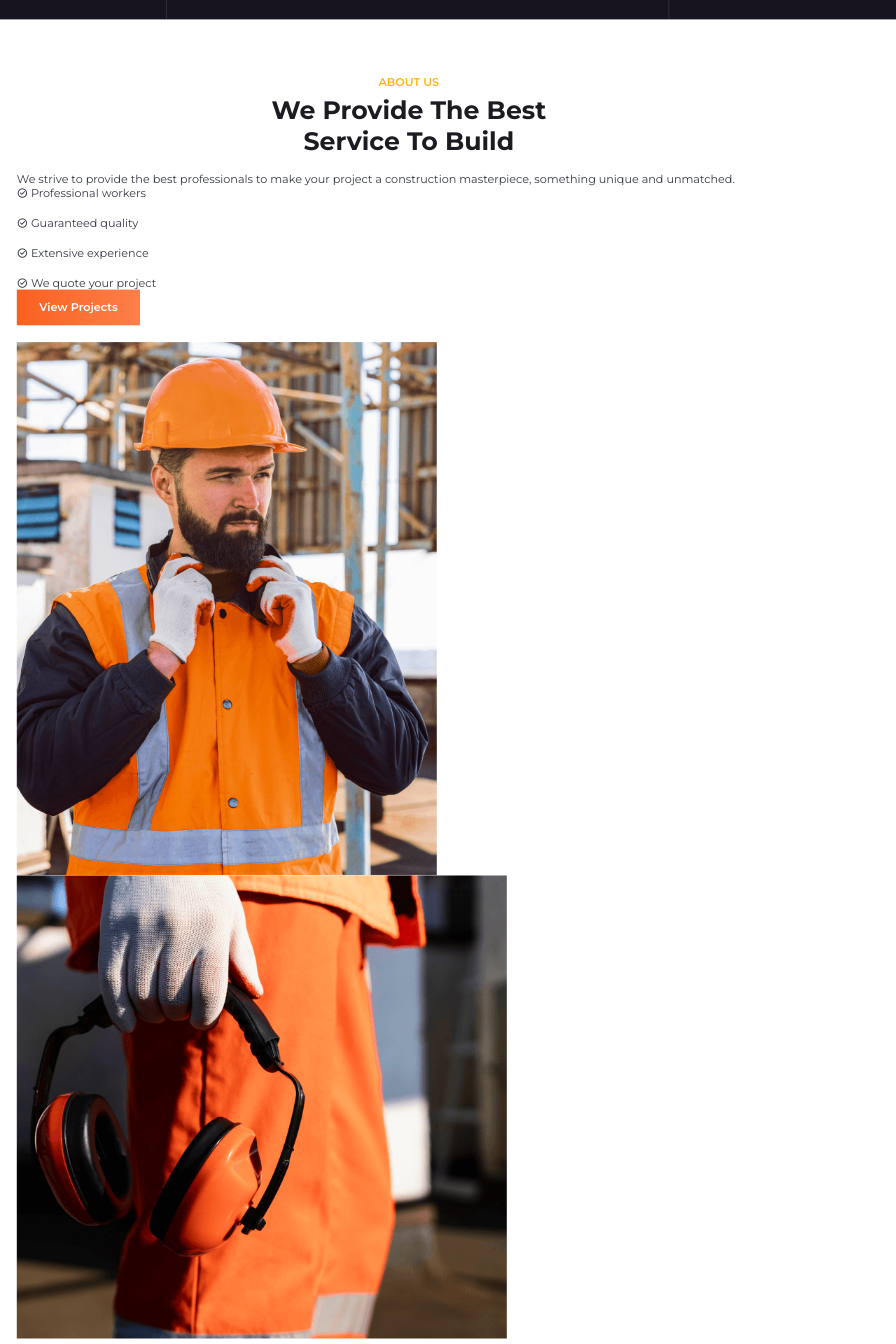
Repository: douglasabnovato/construction
Page: index.html
An editor plug-in stored every save of this project. The page is shown before and after the next save, followed by the edit.
The browser window is 1280 px wide. The pictures show the part of the page from y = 1794 to 3714 px (the page is 4011 px tall before and 4147 px after), at 70% of full size.

Above is the page before, as saved 2025-05-01 12:03:38.

After the next save:
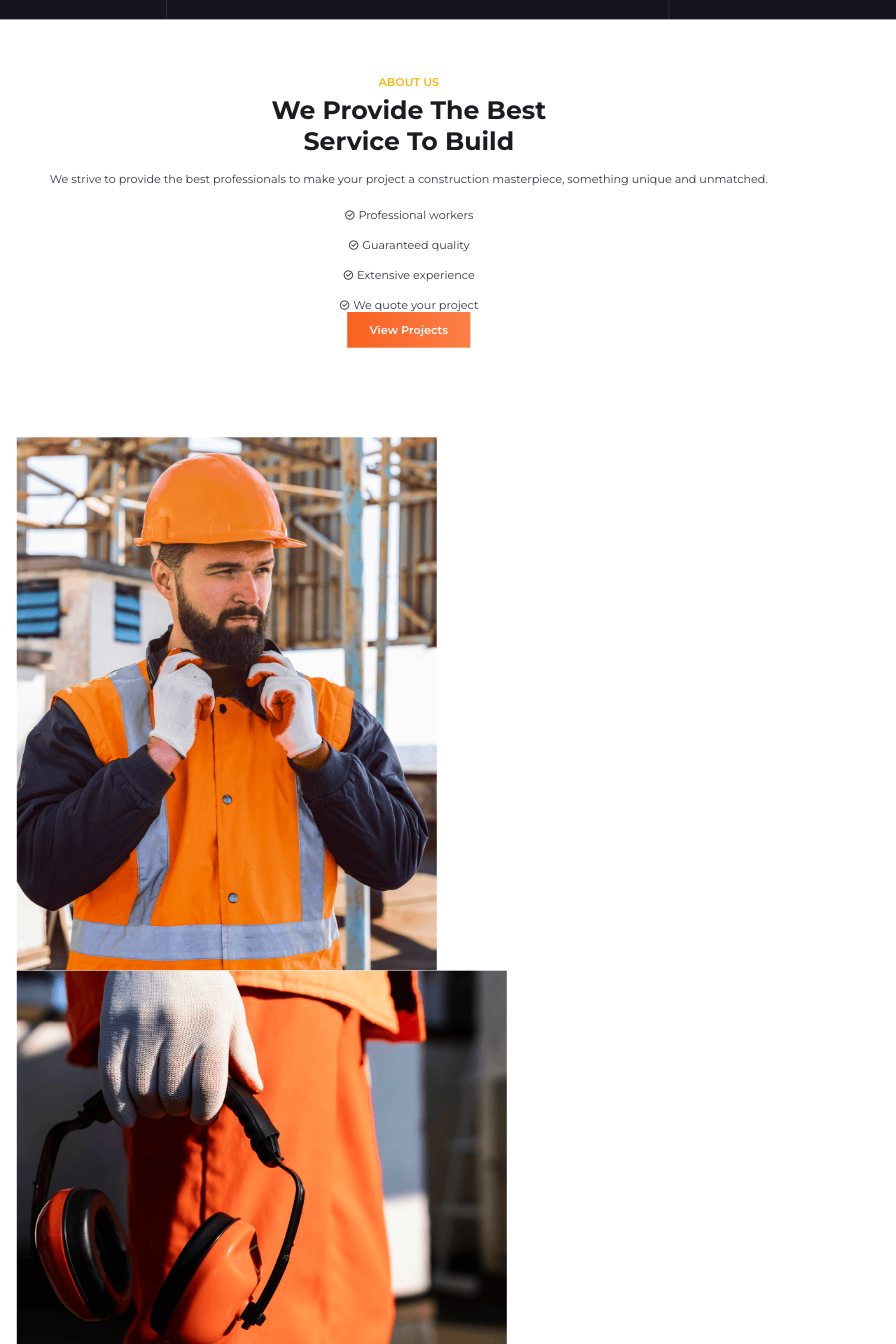
Saved 10 min 29 s later.
--- a/assets/css/styles.css
+++ b/assets/css/styles.css
@@ -354,6 +354,18 @@ img {
 }
 
 /*=============== ABOUT ===============*/
+.about__container {
+  row-gap: 8rem;
+}
+
+.about__data {
+  text-align: center;
+}
+
+.about__description {
+  margin-bottom: 2rem;
+}
+
 
 /*=============== SERVICES ===============*/
 
